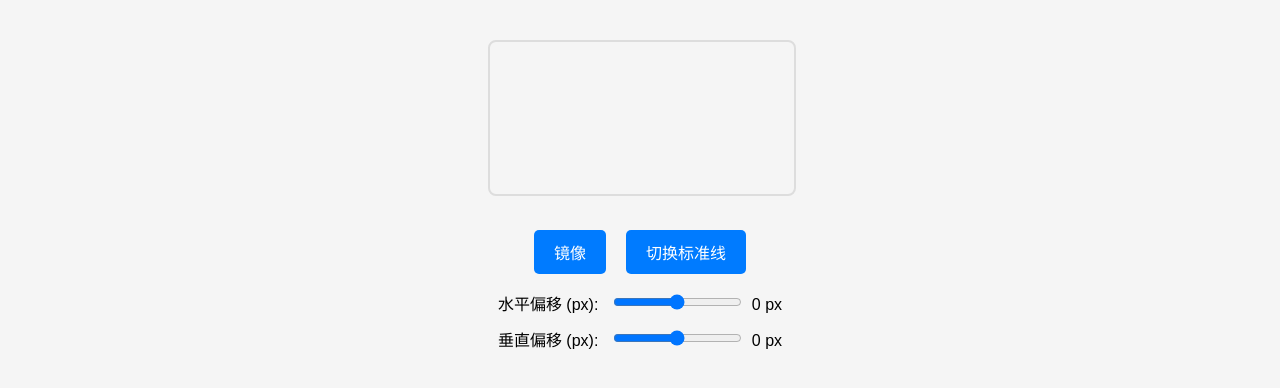
Repository: shasha333333/mirrorOnVue
Page: /
These files come from the project's save history. The page is drawn as it stood at one moment and after the next save; the edit follows.
The browser window is 1280 px wide. The pictures show the whole page.
The page's requests for data from a server got no answer. The project was rebuilt for these pictures with package versions that can differ from the ones it lists, and the page was loaded fresh each time. No one was signed in, and anything a server would have sent is missing. Also part of the build but not shown: vue.config.js.

Above is the page before, as saved 2024-11-18 21:59:02.

### src/App.vue
<template>
  <CameraApp />
</template>

<script>
import CameraApp from './components/CameraApp.vue';

export default {
  name: "App",
  components: {
    CameraApp,
  },
};
</script>

<style>
/* 全局样式可以根据需要调整 */
body {
  margin: 0;
  font-family: Arial, sans-serif;
  background-color: #f5f5f5;
}
</style>

### src/components/CameraApp.vue
<template>
  <div class="camera-app" id="camera-app">
    <div class="camera-container">
      <video
        ref="video"
        :class="{ mirrored: isMirrored }"
        autoplay
        width="100%"
        height="auto"
      ></video>
      <!-- Canvas 用于绘制标准线 -->
      <canvas ref="canvas" class="overlay"></canvas>
    </div>
    <div class="controls">
      <button @click="toggleMirror">镜像</button>
      <button @click="toggleLines">切换标准线</button>

      <!-- 控制标准线位置的输入框 -->
      <div>
        <label for="offsetX">水平偏移 (px): </label>
        <input
          type="range"
          id="offsetX"
          v-model="offsetX"
          min="-100"
          max="100"
          step="10"
        />
        <span>{{ offsetX }} px</span>
      </div>

      <div>
        <label for="offsetY">垂直偏移 (px): </label>
        <input
          type="range"
          id="offsetY"
          v-model="offsetY"
          min="-100"
          max="100"
          step="10"
        />
        <span>{{ offsetY }} px</span>
      </div>
    </div>
  </div>
</template>

<script>
export default {
  data() {
    return {
      showLines: false, // 控制标准线的显示与隐藏
      isMirrored: false, // 控制是否开启镜像
      offsetX: 0, // 水平偏移
      offsetY: 0, // 垂直偏移
    };
  },
  methods: {
    // 获取摄像头流并开始播放
    async startCamera() {
      try {
        const stream = await navigator.mediaDevices.getUserMedia({ video: true });
        this.$refs.video.srcObject = stream;

        // 等待视频加载后设置 canvas 尺寸
        this.$refs.video.onloadedmetadata = () => {
          this.drawLines(); // 在视频加载后绘制标准线
        };

        // 监听 video 的播放事件，确保 canvas 始终同步
        this.$refs.video.onplay = () => {
          this.drawLines();
        };
      } catch (error) {
        console.error("无法访问摄像头:", error);
      }
    },

    // 切换标准线的显示与隐藏
    toggleLines() {
      this.showLines = !this.showLines;
      this.drawLines(); // 在切换时绘制/清除标准线
    },

    // 绘制标准线
    drawLines() {
      const canvas = this.$refs.canvas;
      const context = canvas.getContext("2d");
      const video = this.$refs.video;

      // 确保 video 的尺寸已经加载
      if (video.videoWidth && video.videoHeight) {
        // 确保 canvas 大小与 video 一致
        canvas.width = video.videoWidth;
        canvas.height = video.videoHeight;
      }

      // 清空画布
      context.clearRect(0, 0, canvas.width, canvas.height);

      // 检查是否显示标准线
      if (this.showLines) {
        // 设置绘制标准线的样式
        context.strokeStyle = "#007bff"; // 蓝色，50%透明度
        context.lineWidth = 2;

        const fixX = 20; // 修正参数

        // 画竖直标准线，防止越界
        const verticalLineX = canvas.width / 2 + this.offsetX;
        if (verticalLineX >= 0 && verticalLineX <= canvas.width) {
          context.beginPath();
          context.moveTo(verticalLineX, fixX);
          context.lineTo(verticalLineX, canvas.height + fixX);
          context.stroke();
        }

        // 画水平标准线，防止越界
        const horizontalLineY = canvas.height / 2 + this.offsetY;
        if (horizontalLineY >= 0 && horizontalLineY <= canvas.height) {
          context.beginPath();
          context.moveTo(0, horizontalLineY);
          context.lineTo(canvas.width, horizontalLineY);
          context.stroke();
        }
      }
    },

    // 切换镜像效果
    toggleMirror() {
      this.isMirrored = !this.isMirrored; // 切换镜像状态
    },
  },
  mounted() {
    this.startCamera(); // 组件挂载时启动摄像头
  },
  watch: {
    showLines() {
      this.drawLines(); // 在切换时绘制标准线
    },
    offsetX() {
      this.drawLines(); // 每次水平偏移值变化时重新绘制
    },
    offsetY() {
      this.drawLines(); // 每次垂直偏移值变化时重新绘制
    },
  }
};
</script>

<style scoped>
.overlay {
  position: absolute;
  top: 0;
  left: 0;
  pointer-events: none; /* 禁止 Canvas 和视频的交互 */
}
#camera-app {
  text-align: center;
  font-family: Arial, sans-serif;
  padding: 20px;
}

.camera-container {
  position: relative;
  display: inline-block;
}

video {
  border: 2px solid #ddd;
  border-radius: 8px;
  margin: 20px 0;
  object-fit: cover;
}

.mirrored {
  transform: scaleX(-1); /* 实现镜像效果 */
}

button {
  margin: 10px;
  padding: 10px 20px;
  border: none;
  background-color: #007bff;
  color: white;
  font-size: 16px;
  border-radius: 5px;
  cursor: pointer;
}

button:hover {
  background-color: #0056b3;
}

input[type="range"] {
  margin: 10px;
}
</style>

Loaded but not shown: public/index.html (common file); src/main.js (common file)

After the next save:
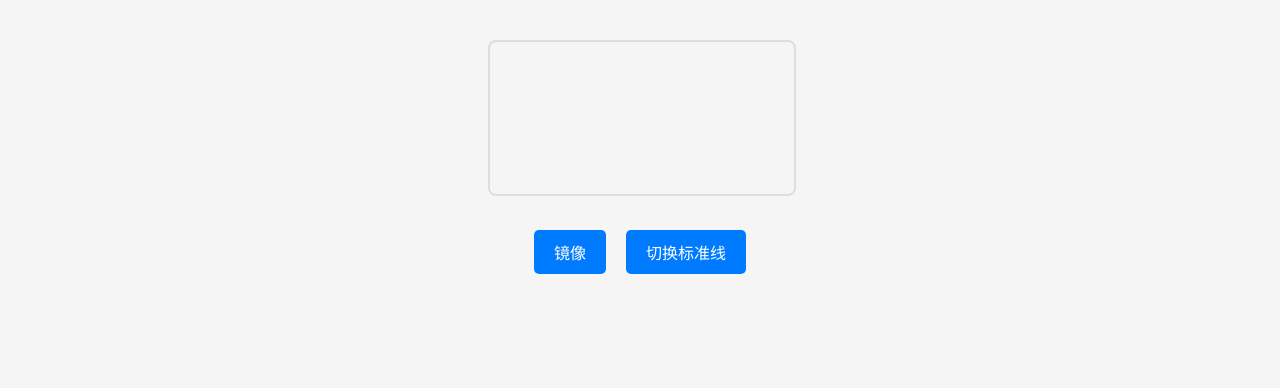
Saved 106 s later.
--- a/src/components/CameraApp.vue
+++ b/src/components/CameraApp.vue
@@ -14,33 +14,6 @@
     <div class="controls">
       <button @click="toggleMirror">镜像</button>
       <button @click="toggleLines">切换标准线</button>
-
-      <!-- 控制标准线位置的输入框 -->
-      <div>
-        <label for="offsetX">水平偏移 (px): </label>
-        <input
-          type="range"
-          id="offsetX"
-          v-model="offsetX"
-          min="-100"
-          max="100"
-          step="10"
-        />
-        <span>{{ offsetX }} px</span>
-      </div>
-
-      <div>
-        <label for="offsetY">垂直偏移 (px): </label>
-        <input
-          type="range"
-          id="offsetY"
-          v-model="offsetY"
-          min="-100"
-          max="100"
-          step="10"
-        />
-        <span>{{ offsetY }} px</span>
-      </div>
     </div>
   </div>
 </template>
@@ -51,8 +24,6 @@ export default {
     return {
       showLines: false, // 控制标准线的显示与隐藏
       isMirrored: false, // 控制是否开启镜像
-      offsetX: 0, // 水平偏移
-      offsetY: 0, // 垂直偏移
     };
   },
   methods: {
@@ -95,28 +66,32 @@ export default {
         canvas.height = video.videoHeight;
       }
 
+      console.log('Canvas size:', canvas.width, 'x', canvas.height);
+
       // 清空画布
       context.clearRect(0, 0, canvas.width, canvas.height);
 
       // 检查是否显示标准线
       if (this.showLines) {
+        console.log('Drawing standard lines...');
+
         // 设置绘制标准线的样式
         context.strokeStyle = "#007bff"; // 蓝色，50%透明度
         context.lineWidth = 2;
 
-        const fixX = 20; // 修正参数
-
         // 画竖直标准线，防止越界
-        const verticalLineX = canvas.width / 2 + this.offsetX;
+        const verticalLineX = canvas.width / 2;
+        console.log('Vertical line X:', verticalLineX);
         if (verticalLineX >= 0 && verticalLineX <= canvas.width) {
           context.beginPath();
-          context.moveTo(verticalLineX, fixX);
-          context.lineTo(verticalLineX, canvas.height + fixX);
+          context.moveTo(verticalLineX, 0);
+          context.lineTo(verticalLineX, canvas.height);
           context.stroke();
         }
 
         // 画水平标准线，防止越界
-        const horizontalLineY = canvas.height / 2 + this.offsetY;
+        const horizontalLineY = canvas.height / 2;
+        console.log('Horizontal line Y:', horizontalLineY);
         if (horizontalLineY >= 0 && horizontalLineY <= canvas.height) {
           context.beginPath();
           context.moveTo(0, horizontalLineY);
@@ -137,13 +112,7 @@ export default {
   watch: {
     showLines() {
       this.drawLines(); // 在切换时绘制标准线
-    },
-    offsetX() {
-      this.drawLines(); // 每次水平偏移值变化时重新绘制
-    },
-    offsetY() {
-      this.drawLines(); // 每次垂直偏移值变化时重新绘制
-    },
+    }
   }
 };
 </script>
@@ -191,8 +160,4 @@ button {
 button:hover {
   background-color: #0056b3;
 }
-
-input[type="range"] {
-  margin: 10px;
-}
 </style>
